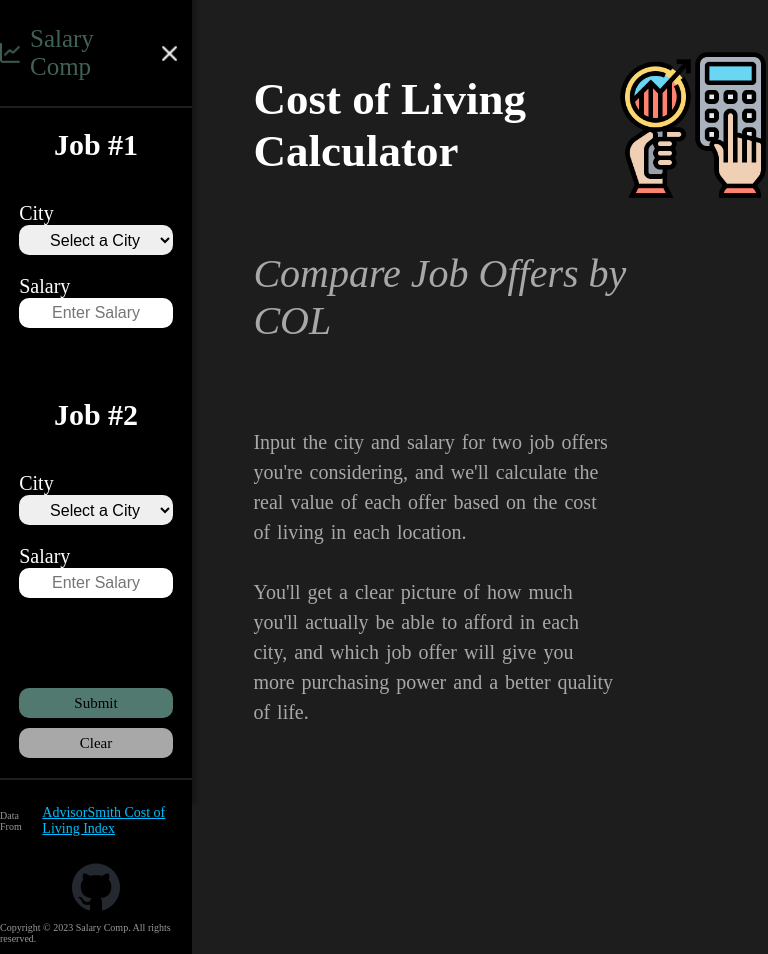
Repository: robbymcd/Salary-Comp
Page: /
These files come from the project's save history. The page is drawn as it stood at one moment and after the next save; the edit follows.
The browser window is 768 px wide. The pictures show the whole page.
Some web fonts or font styles are not loaded; a fallback is used. The project was rebuilt for these pictures with package versions that can differ from the ones it lists, and the page was loaded fresh each time. Also part of the build but not shown: src/Main.css, src/Main.js.

Above is the page before, as saved 2023-06-16 11:45:22.

After the next save:
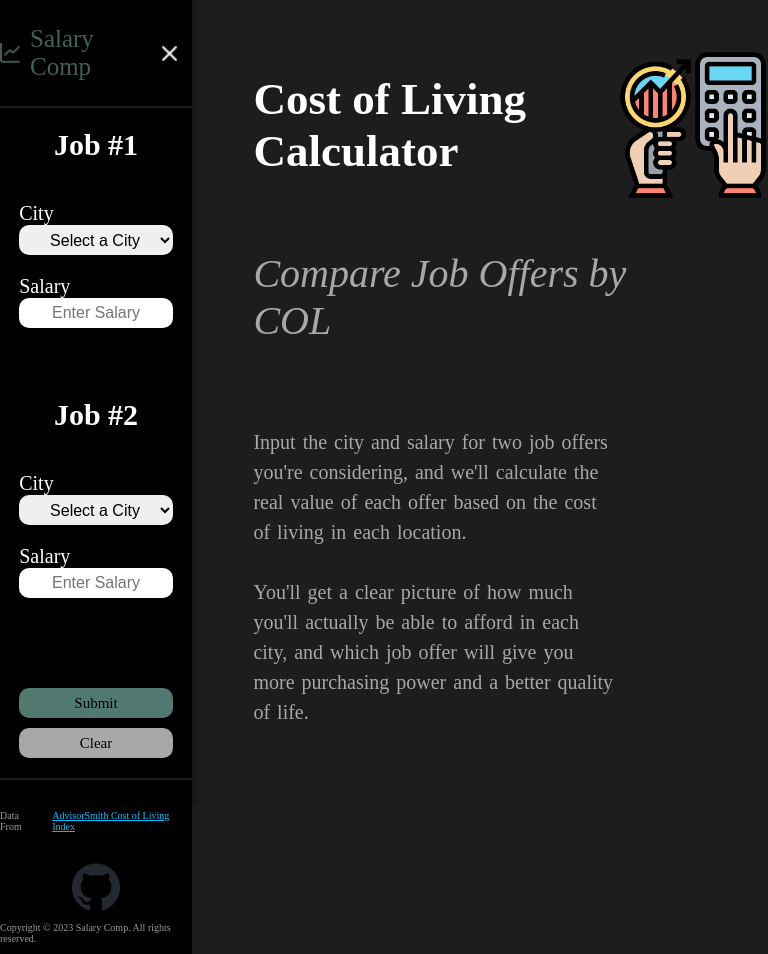
Saved 20 s later.
--- a/src/OpenSidebar.css
+++ b/src/OpenSidebar.css
@@ -195,6 +195,10 @@ input {
     .footer p {
         font-size: 10px;
     }
+
+    .hiw a {
+        font-size: 10px;
+    }
 }
 
 @media screen and (min-height: 800px) {
